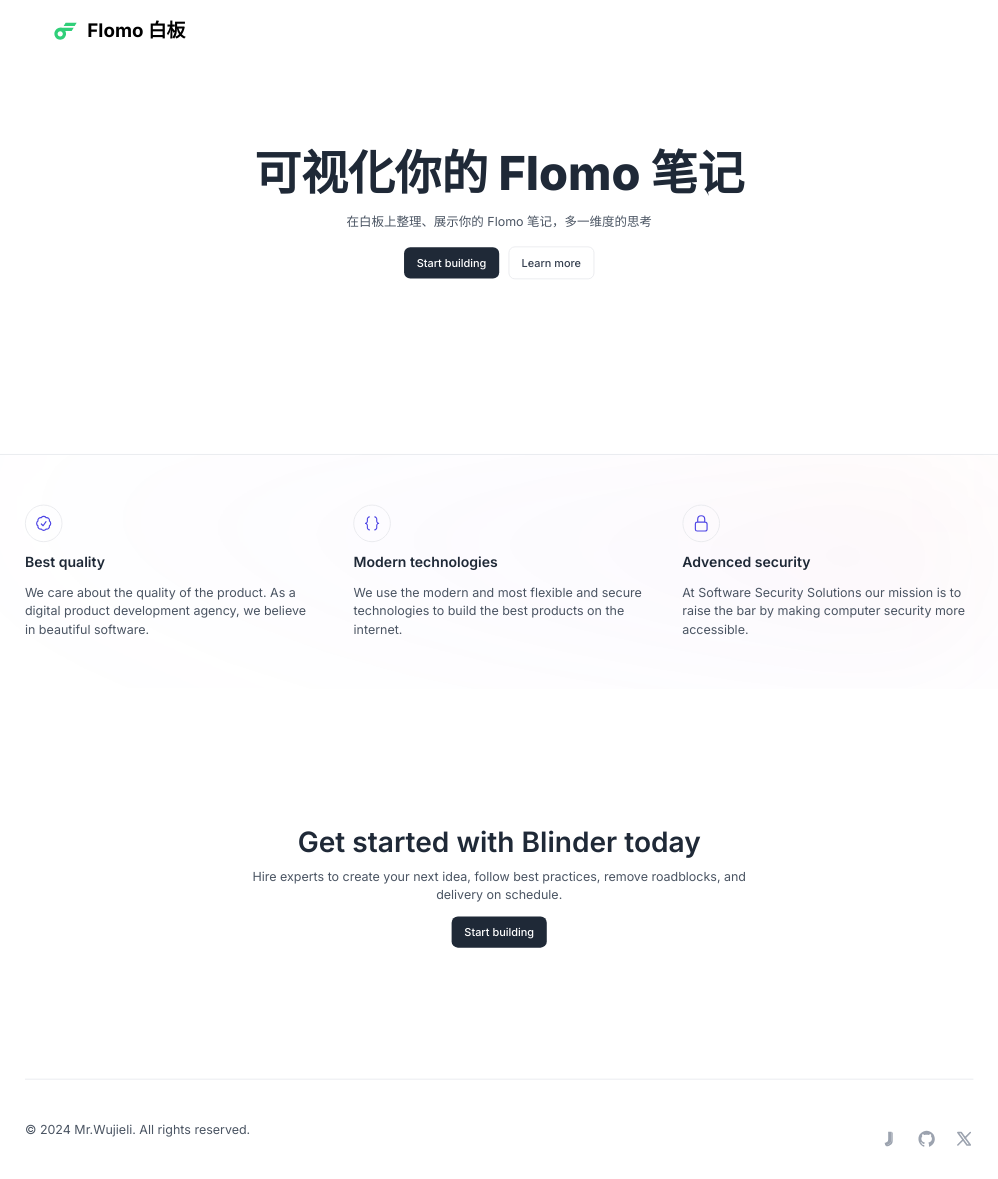
Repository: wujieli0207/flomo-board
Page: /
An editor plug-in stored every save of this project. The page is shown before and after the next save, followed by the edit.
The browser window is 1280 px wide. The pictures show the whole page, at 78% of full size.
The project was rebuilt for these pictures with package versions that can differ from the ones it lists, and the page was loaded fresh each time. The framework's server and built-in components were replaced by stand-ins that run in the browser. Also part of the build but not shown: next.config.mjs.

Above is the page before, as saved 2024-06-22 20:17:58.

### app/page.tsx
import GradientWrapper from '@/components/GradientWrapper'
import Features from '@/components/ui/Features'
import Footer from '@/components/ui/Footer'
import FooterCTA from '@/components/ui/FooterCTA'
import Hero from '@/components/ui/Hero'
import Navbar from '@/components/ui/Navbar'

export default function Home() {
  return (
    <>
      <Navbar />
      <main className="flex min-h-screen flex-col items-center justify-between">
        <Hero />
        <GradientWrapper>
          <Features />
        </GradientWrapper>
        <FooterCTA />
      </main>
      <Footer />
    </>
  )
}

### app/globals.css
@tailwind base;
@tailwind components;
@tailwind utilities;

.custom-screen {
  @apply max-w-screen-xl mx-auto px-4 md:px-8;
}

.gradient-border {
  border: 1px solid transparent;
  background: linear-gradient(white, white),
    linear-gradient(
      25deg,
      rgba(209, 213, 219, 1),
      rgba(209, 213, 219, 1),
      rgba(0, 0, 0, 0.63),
      rgba(209, 213, 219, 1),
      rgba(209, 213, 219, 1)
    );
  background-clip: padding-box, border-box;
  background-origin: padding-box, border-box;
}

### components/GradientWrapper.tsx
import { ReactNode } from 'react'

interface IProps {
  children: ReactNode
  className?: string
}

const GradientWrapper = ({ children, className = '' }: IProps) => (
  <div
    className={`relative overflow-hidden my-16 border-t sm:my-28 ${
      className ?? ''
    }`}
  >
    <div
      className="blur-[100px] absolute inset-0 w-full h-full"
      style={{
        background:
          'linear-gradient(202.72deg, rgba(237, 78, 80, 0.05) 14.76%, rgba(152, 103, 240, 0.04) 34.37%, rgba(152, 103, 240, 0) 86.62%)',
      }}
    ></div>
    <div className="relative">{children}</div>
  </div>
)

export default GradientWrapper

### components/ui/Features/index.tsx
import SectionWrapper from '../../SectionWrapper'

const Features = () => {
  const features = [
    {
      icon: (
        <svg
          xmlns="http://www.w3.org/2000/svg"
          fill="none"
          viewBox="0 0 24 24"
          strokeWidth={1.5}
          stroke="currentColor"
          className="w-6 h-6"
        >
          <path
            strokeLinecap="round"
            strokeLinejoin="round"
            d="M9 12.75L11.25 15 15 9.75M21 12c0 1.268-.63 2.39-1.593 3.068a3.745 3.745 0 01-1.043 3.296 3.745 3.745 0 01-3.296 1.043A3.745 3.745 0 0112 21c-1.268 0-2.39-.63-3.068-1.593a3.746 3.746 0 01-3.296-1.043 3.745 3.745 0 01-1.043-3.296A3.745 3.745 0 013 12c0-1.268.63-2.39 1.593-3.068a3.745 3.745 0 011.043-3.296 3.746 3.746 0 013.296-1.043A3.746 3.746 0 0112 3c1.268 0 2.39.63 3.068 1.593a3.746 3.746 0 013.296 1.043 3.746 3.746 0 011.043 3.296A3.745 3.745 0 0121 12z"
          />
        </svg>
      ),
      title: 'Best quality',
      desc: 'We care about the quality of the product. As a digital product development agency, we believe in beautiful software.',
    },
    {
      icon: (
        <svg
          className="w-6 h-6"
          viewBox="0 0 24 24"
          fill="none"
          xmlns="http://www.w3.org/2000/svg"
        >
          <path
            fill-rule="evenodd"
            clip-rule="evenodd"
            d="M9 4.476V3H8.865C8.3955 3 7.941 3.093 7.5015 3.2775C7.06407 3.46087 6.66854 3.73136 6.339 4.0725C6.01829 4.39483 5.76667 4.77915 5.5995 5.202V5.2035C5.45069 5.60502 5.35097 6.02305 5.3025 6.4485V6.4515C5.25984 6.8816 5.24781 7.31419 5.2665 7.746C5.2845 8.181 5.2935 8.616 5.2935 9.0495C5.2935 9.354 5.2335 9.639 5.118 9.9075V9.909C4.89786 10.433 4.48805 10.8546 3.9705 11.0895C3.70659 11.2048 3.42148 11.2635 3.1335 11.262H3V12.738H3.135C3.4275 12.738 3.705 12.798 3.969 12.9195L3.9705 12.921C4.2375 13.038 4.464 13.197 4.653 13.398L4.656 13.401C4.851 13.596 5.0055 13.8285 5.1165 14.0985L5.118 14.1015C5.235 14.3715 5.2935 14.6535 5.2935 14.9505C5.2935 15.3855 5.2845 15.8205 5.2665 16.254C5.2485 16.698 5.2605 17.1315 5.3025 17.559V17.5605C5.352 17.985 5.451 18.3975 5.598 18.7965V18.798C5.757 19.2075 6.0045 19.584 6.339 19.9275C6.6735 20.2725 7.062 20.538 7.5015 20.7225C7.941 20.907 8.3955 21 8.8665 21H9V19.524H8.865C8.565 19.524 8.2845 19.467 8.0205 19.3515C7.76585 19.2325 7.53389 19.0701 7.335 18.8715C7.14192 18.666 6.98519 18.4291 6.8715 18.171C6.7605 17.901 6.7065 17.616 6.7065 17.3115C6.7065 16.9695 6.711 16.632 6.723 16.3035C6.735 15.9615 6.735 15.6285 6.723 15.306C6.71771 14.9845 6.69015 14.6637 6.6405 14.346C6.59278 14.0326 6.50819 13.726 6.3885 13.4325C6.15504 12.8646 5.77322 12.3698 5.283 12C5.77377 11.6304 6.15612 11.1356 6.39 10.5675C6.51 10.2795 6.5925 9.978 6.642 9.6645C6.6915 9.3495 6.7185 9.03 6.7245 8.7045C6.7365 8.3745 6.7365 8.0415 6.7245 7.7055C6.7125 7.3695 6.7065 7.0305 6.7065 6.6885C6.7039 6.25858 6.82703 5.83727 7.06076 5.47643C7.29448 5.11558 7.6286 4.83093 8.022 4.6575C8.28687 4.53605 8.57512 4.4741 8.8665 4.476H9ZM15 19.524V21H15.135C15.6045 21 16.059 20.907 16.4985 20.7225C16.938 20.538 17.3265 20.2725 17.661 19.9275C17.9955 19.5825 18.243 19.2075 18.4005 18.798V18.7965C18.5505 18.3975 18.648 17.982 18.6975 17.5515V17.5485C18.7395 17.1285 18.7515 16.698 18.7335 16.254C18.7155 15.819 18.7065 15.384 18.7065 14.9505C18.7065 14.646 18.7665 14.361 18.882 14.0925V14.091C19.1019 13.5668 19.5118 13.1452 20.0295 12.9105C20.2935 12.7954 20.5785 12.7367 20.8665 12.738H21V11.262H20.865C20.571 11.262 20.2935 11.202 20.0295 11.0805L20.028 11.079C19.7705 10.968 19.5382 10.8057 19.3455 10.602L19.3425 10.599C19.1443 10.3993 18.9878 10.1622 18.882 9.9015V9.8985C18.7648 9.63083 18.7045 9.34171 18.705 9.0495C18.705 8.6145 18.714 8.1795 18.732 7.746C18.7507 7.3107 18.7387 6.87461 18.696 6.441V6.4395C18.6474 6.01715 18.5482 5.60217 18.4005 5.2035V5.202C18.2329 4.77902 17.9807 4.39469 17.6595 4.0725C17.3299 3.7314 16.9344 3.46091 16.497 3.2775C16.0653 3.09415 15.601 2.99977 15.132 3H15V4.476H15.135C15.435 4.476 15.7155 4.533 15.978 4.6485C16.239 4.7715 16.467 4.9305 16.6635 5.1285C16.854 5.3295 17.0085 5.5635 17.127 5.829C17.238 6.099 17.292 6.384 17.292 6.6885C17.292 7.0305 17.2875 7.3665 17.2755 7.6965C17.2635 8.0385 17.2635 8.3715 17.2755 8.694C17.2815 9.027 17.3085 9.3465 17.358 9.654C17.4075 9.975 17.4915 10.278 17.61 10.5675C17.8439 11.1356 18.2263 11.6303 18.717 12C18.2263 12.3697 17.8439 12.8644 17.61 13.4325C17.4912 13.7227 17.4066 14.0257 17.358 14.3355C17.3085 14.6505 17.2815 14.97 17.2755 15.2955C17.2634 15.6284 17.2634 15.9616 17.2755 16.2945C17.2875 16.6305 17.2935 16.9695 17.2935 17.3115C17.2959 17.7414 17.1727 18.1626 16.939 18.5234C16.7053 18.8842 16.3713 19.1689 15.978 19.3425C15.7131 19.4639 15.4249 19.5259 15.1335 19.524H15Z"
            fill="currentColor"
          />
        </svg>
      ),
      title: 'Modern technologies',
      desc: 'We use the modern and most flexible and secure technologies to build the best products on the internet.',
    },
    {
      icon: (
        <svg
          xmlns="http://www.w3.org/2000/svg"
          fill="none"
          viewBox="0 0 24 24"
          strokeWidth={1.5}
          stroke="currentColor"
          className="w-6 h-6"
        >
          <path
            strokeLinecap="round"
            strokeLinejoin="round"
            d="M16.5 10.5V6.75a4.5 4.5 0 10-9 0v3.75m-.75 11.25h10.5a2.25 2.25 0 002.25-2.25v-6.75a2.25 2.25 0 00-2.25-2.25H6.75a2.25 2.25 0 00-2.25 2.25v6.75a2.25 2.25 0 002.25 2.25z"
          />
        </svg>
      ),
      title: 'Advenced security',
      desc: 'At Software Security Solutions our mission is to raise the bar by making computer security more accessible.',
    },
  ]

  return (
    <SectionWrapper>
      <div id="features" className="custom-screen text-gray-600">
        <ul className="grid gap-x-12 gap-y-8 sm:grid-cols-2 lg:grid-cols-3">
          {features.map((item, idx) => (
            <li key={idx} className="space-y-3">
              <div className="w-12 h-12 border text-indigo-600 rounded-full flex items-center justify-center">
                {item.icon}
              </div>
              <h4 className="text-lg text-gray-800 font-semibold">
                {item.title}
              </h4>
              <p>{item.desc}</p>
            </li>
          ))}
        </ul>
      </div>
    </SectionWrapper>
  )
}

export default Features

### components/ui/Footer/index.tsx
import Link from 'next/link'

const socialInfo = [
  {
    icon: (
      <svg
        className="fill-current h-6"
        viewBox="0 0 1024 1024"
        version="1.1"
        xmlns="http://www.w3.org/2000/svg"
        p-id="11966"
      >
        <path
          d="M297.88660622 864.60698169a17.99472925 17.99472925 0 0 1-1.92238933 0.35535076l61.27179093 59.73970488c58.91832035-5.41181725 116.59000035-20.90744035 159.05150293-36.26325333 42.49645511-15.39076551 77.44316302-35.15642311 104.9100288-59.38435413a221.79130027 221.79130027 0 0 0 61.02129778-87.27647574c13.18293049-33.98551325 19.77148302-73.20225565 19.77148302-117.66187804V404.55008711c0-49.51608889 0.18058809-92.43779982 0.53593885-128.73600569 0.35535075-36.3331584 0.57089138-69.10698382 0.57089138-98.42633387l-68.53609245-54.67741297c0 29.24361955-0.18058809 62.01744498-0.53593884 98.31565084s-0.53593885 79.22574222-0.53593884 128.73600569v219.57763982c0 44.45379698-6.58855253 83.6763648-19.77148303 117.62692552a221.8786816 221.8786816 0 0 1-61.02129777 87.27647573c-27.43191325 24.2221056-62.40774827 44.02854115-104.9100288 59.38435413-41.93138915 15.16357405-91.9076864 25.49787307-149.89976463 30.97959538z"
          p-id="11967"
        ></path>
        <path
          d="M634.59018525 122.59965155c0 29.27857209-0.21554062 62.08735005-0.57089138 98.39138134a13396.43221333 13396.43221333 0 0 0-0.53593885 128.77678364v219.57763982c0 44.45379698-6.58855253 83.6763648-19.80643555 117.62692552a221.85537991 221.85537991 0 0 1-60.98634525 87.27647573c-27.46686578 24.2221056-62.44852622 44.02854115-104.9100288 59.38435413s-93.15432675 25.75419165-152.07264711 31.17183432l-33.05927111-142.02379378c26.85519645-2.98261618 53.48320142-7.79441493 79.68595058-14.38879289a165.97210453 165.97210453 0 0 0 59.62902187-28.46301298c18.05880889-14.06839467 31.70194773-31.77767822 40.96436906-53.1103744 9.19251627-21.3385216 13.78294898-49.51608889 13.78294898-84.5676544 0-28.21251982 0.1048576-57.92217315 0.28544569-89.19886507 0.18058809-31.24173938 0.25049315-63.51457849 0.25049315-96.74861226 0-57.85226809-0.25049315-103.83815111-0.786432-137.99842702-0.57089138-34.16027591-0.9961472-66.04281173-1.35149795-95.68256h179.42882987l0.0524288-0.0233017z"
          p-id="11968"
        ></path>
      </svg>
    ),
    href: 'https://web.okjike.com/u/737645D8-42B5-4B4F-9687-DCA50D85DE1A',
  },
  {
    icon: (
      <svg
        className="fill-current h-6 icon"
        viewBox="0 0 1024 1024"
        version="1.1"
        xmlns="http://www.w3.org/2000/svg"
        p-id="10708"
      >
        <path
          d="M511.6 76.3C264.3 76.2 64 276.4 64 523.5 64 718.9 189.3 885 363.8 946c23.5 5.9 19.9-10.8 19.9-22.2v-77.5c-135.7 15.9-141.2-73.9-150.3-88.9C215 726 171.5 718 184.5 703c30.9-15.9 62.4 4 98.9 57.9 26.4 39.1 77.9 32.5 104 26 5.7-23.5 17.9-44.5 34.7-60.8-140.6-25.2-199.2-111-199.2-213 0-49.5 16.3-95 48.3-131.7-20.4-60.5 1.9-112.3 4.9-120 58.1-5.2 118.5 41.6 123.2 45.3 33-8.9 70.7-13.6 112.9-13.6 42.4 0 80.2 4.9 113.5 13.9 11.3-8.6 67.3-48.8 121.3-43.9 2.9 7.7 24.7 58.3 5.5 118 32.4 36.8 48.9 82.7 48.9 132.3 0 102.2-59 188.1-200 212.9 23.5 23.2 38.1 55.4 38.1 91v112.5c0.8 9 0 17.9 15 17.9 177.1-59.7 304.6-227 304.6-424.1 0-247.2-200.4-447.3-447.5-447.3z"
          p-id="10709"
        ></path>
      </svg>
    ),
    href: 'https://github.com/wujieli0207',
  },
  {
    icon: (
      <svg
        xmlns="http://www.w3.org/2000/svg"
        width="24"
        height="24"
        viewBox="0 0 24 24"
        fill="none"
        stroke="currentColor"
        stroke-width="2"
        stroke-linecap="round"
        stroke-linejoin="round"
      >
        <path stroke="none" d="M0 0h24v24H0z" fill="none" />
        <path d="M4 4l11.733 16h4.267l-11.733 -16z" />
        <path d="M4 20l6.768 -6.768m2.46 -2.46l6.772 -6.772" />
      </svg>
    ),
    href: 'https://x.com/li_wujie',
  },
]

const Footer = () => (
  <footer>
    <div className="custom-screen pt-16">
      <div className="mt-10 py-10 border-t items-center justify-between sm:flex">
        <p className="text-gray-600">
          © 2024{' '}
          <Link
            href="https://wujieli.com"
            target="_blank"
            className="hover:text-gray-800 hover:underline duration-150"
          >
            Mr.Wujieli
          </Link>
          . All rights reserved.
        </p>
        <div className="flex items-center gap-x-6 text-gray-400 mt-6">
          {socialInfo.map((item, idx) => (
            <a
              key={idx}
              href={item.href}
              aria-label="social media"
              target="_blank"
              rel="noreferrer"
            >
              {item.icon}
            </a>
          ))}
        </div>
      </div>
    </div>
  </footer>
)

export default Footer

### components/ui/FooterCTA/index.tsx
import SectionWrapper from '../../SectionWrapper'
import NavLink from '../NavLink'

const FooterCTA = () => (
  <SectionWrapper>
    <div className="custom-screen">
      <div className="max-w-2xl mx-auto text-center">
        <h2 className="text-gray-800 text-3xl font-semibold sm:text-4xl">
          Get started with Blinder today
        </h2>
        <p className="mt-3 text-gray-600">
          Hire experts to create your next idea, follow best practices, remove
          roadblocks, and delivery on schedule.
        </p>
        <NavLink
          href="/get-started"
          className="mt-4 inline-block font-medium text-sm text-white bg-gray-800 hover:bg-gray-600 active:bg-gray-900"
        >
          Start building
        </NavLink>
      </div>
    </div>
  </SectionWrapper>
)

export default FooterCTA

### components/ui/Hero/index.tsx
import NavLink from '../NavLink'

const Hero = () => (
  <section>
    <div className="custom-screen py-28 text-gray-600">
      <div className="space-y-5 max-w-4xl mx-auto text-center">
        <h1 className="text-4xl text-gray-800 font-extrabold mx-auto sm:text-6xl">
          可视化你的 Flomo 笔记
        </h1>
        <p className="max-w-xl mx-auto">
          在白板上整理、展示你的 Flomo 笔记，多一维度的思考
        </p>
        <div className="flex items-center justify-center gap-x-3 font-medium text-sm">
          <NavLink
            href="/get-started"
            className="text-white bg-gray-800 hover:bg-gray-600 active:bg-gray-900 "
          >
            Start building
          </NavLink>
          <NavLink
            href="#cta"
            className="text-gray-700 border hover:bg-gray-50"
          >
            Learn more
          </NavLink>
        </div>
      </div>
    </div>
  </section>
)

export default Hero

### components/ui/Navbar/index.tsx
'use client'

import Link from 'next/link'
import { useEffect, useState } from 'react'
import Brand from '../Brand'
import NavLink from '../NavLink'

const Navbar = () => {
  const [state, setState] = useState(false)
  // const { events } = useRouter()

  // const navigation = [{ title: 'Features', path: '#features' }]

  useEffect(() => {
    // Close the navbar menu when navigate
    const handleState = () => {
      document.body.classList.remove('overflow-hidden')
      setState(false)
    }
    // events.on('routeChangeStart', () => handleState())
    // events.on('hashChangeStart', () => handleState())
  }, [])

  const handleNavMenu = () => {
    setState(!state)
    document.body.classList.toggle('overflow-hidden')
  }

  return (
    <nav
      className={`bg-white w-full px-8 md:static md:text-sm ${
        state ? 'fixed z-10 h-full' : ''
      }`}
    >
      <div className="custom-screen items-center mx-auto md:flex">
        <div className="flex items-center justify-between py-3 md:py-5 md:block">
          <Brand />
          <div className="md:hidden">
            <button
              role="button"
              aria-label="Open the menu"
              className="text-gray-500 hover:text-gray-800"
              onClick={handleNavMenu}
            >
              {state ? (
                <svg
                  xmlns="http://www.w3.org/2000/svg"
                  className="h-6 w-6"
                  viewBox="0 0 20 20"
                  fill="currentColor"
                >
                  <path
                    fillRule="evenodd"
                    d="M4.293 4.293a1 1 0 011.414 0L10 8.586l4.293-4.293a1 1 0 111.414 1.414L11.414 10l4.293 4.293a1 1 0 01-1.414 1.414L10 11.414l-4.293 4.293a1 1 0 01-1.414-1.414L8.586 10 4.293 5.707a1 1 0 010-1.414z"
                    clipRule="evenodd"
                  />
                </svg>
              ) : (
                <svg
                  xmlns="http://www.w3.org/2000/svg"
                  fill="none"
                  viewBox="0 0 24 24"
                  strokeWidth={1.5}
                  stroke="currentColor"
                  className="w-6 h-6"
                >
                  <path
                    strokeLinecap="round"
                    strokeLinejoin="round"
                    d="M3.75 6.75h16.5M3.75 12h16.5m-16.5 5.25h16.5"
                  />
                </svg>
              )}
            </button>
          </div>
        </div>
        {/* <div
          className={`flex-1 pb-3 mt-8 md:pb-0 md:mt-0 md:block ${
            state ? '' : 'hidden'
          }`}
        >
          <ul className="text-gray-700 justify-end items-center space-y-6 md:flex md:space-x-6 md:space-y-0 md:text-gray-600 md:font-medium">
            {navigation.map((item, idx) => {
              return (
                <li key={idx} className="duration-150 hover:text-gray-900">
                  <Link href={item.path} className="block">
                    {item.title}
                  </Link>
                </li>
              )
            })}
            <li>
              <NavLink
                href="/get-started"
                className="block font-medium text-sm text-white bg-gray-800 hover:bg-gray-600 active:bg-gray-900 md:inline"
              >
                开始
              </NavLink>
            </li>
          </ul>
        </div> */}
      </div>
    </nav>
  )
}

export default Navbar

### components/SectionWrapper.tsx
import { ReactNode } from 'react'

interface IProps {
  children: ReactNode
  id?: string
  className?: string
}

const SectionWrapper = ({ children, id, className }: IProps) => (
  <section id={id} className={`py-16 ${className ?? ''}`}>
    {children}
  </section>
)

export default SectionWrapper

### components/ui/NavLink/index.tsx
import Link from 'next/link'
import { ReactNode } from 'react'

interface IProps {
  children: ReactNode
  href: string
  className?: string
}

const NavLink = ({ children, href, className = '' }: IProps) => (
  <Link
    href={href}
    className={`py-2.5 px-4 text-center rounded-lg duration-150 ${className}`}
  >
    {children}
  </Link>
)

export default NavLink

### components/ui/Brand/index.tsx
import Image from 'next/image'
import Link from 'next/link'

const Brand = () => (
  <Link href="/" className="flex items-center">
    <Image src="/logo.svg" width={40} height={40} alt="logo" />
    <h1 className="ml-2 text-2xl font-bold">Flomo 白板</h1>
  </Link>
)
export default Brand

### tailwind.config.ts
import type { Config } from 'tailwindcss'

const config: Config = {
  content: [
    './pages/**/*.{js,ts,jsx,tsx,mdx}',
    './components/**/*.{js,ts,jsx,tsx,mdx}',
    './app/**/*.{js,ts,jsx,tsx,mdx}',
  ],
  theme: {
    extend: {
      backgroundImage: {
        'gradient-radial': 'radial-gradient(var(--tw-gradient-stops))',
        'gradient-conic':
          'conic-gradient(from 180deg at 50% 50%, var(--tw-gradient-stops))',
      },
    },
  },
  plugins: [
    require('@tailwindcss/forms')({
      strategy: 'class', // only generate classes
    }),
  ],
}
export default config

Loaded but not shown: app/layout.tsx (common file)

After the next save:
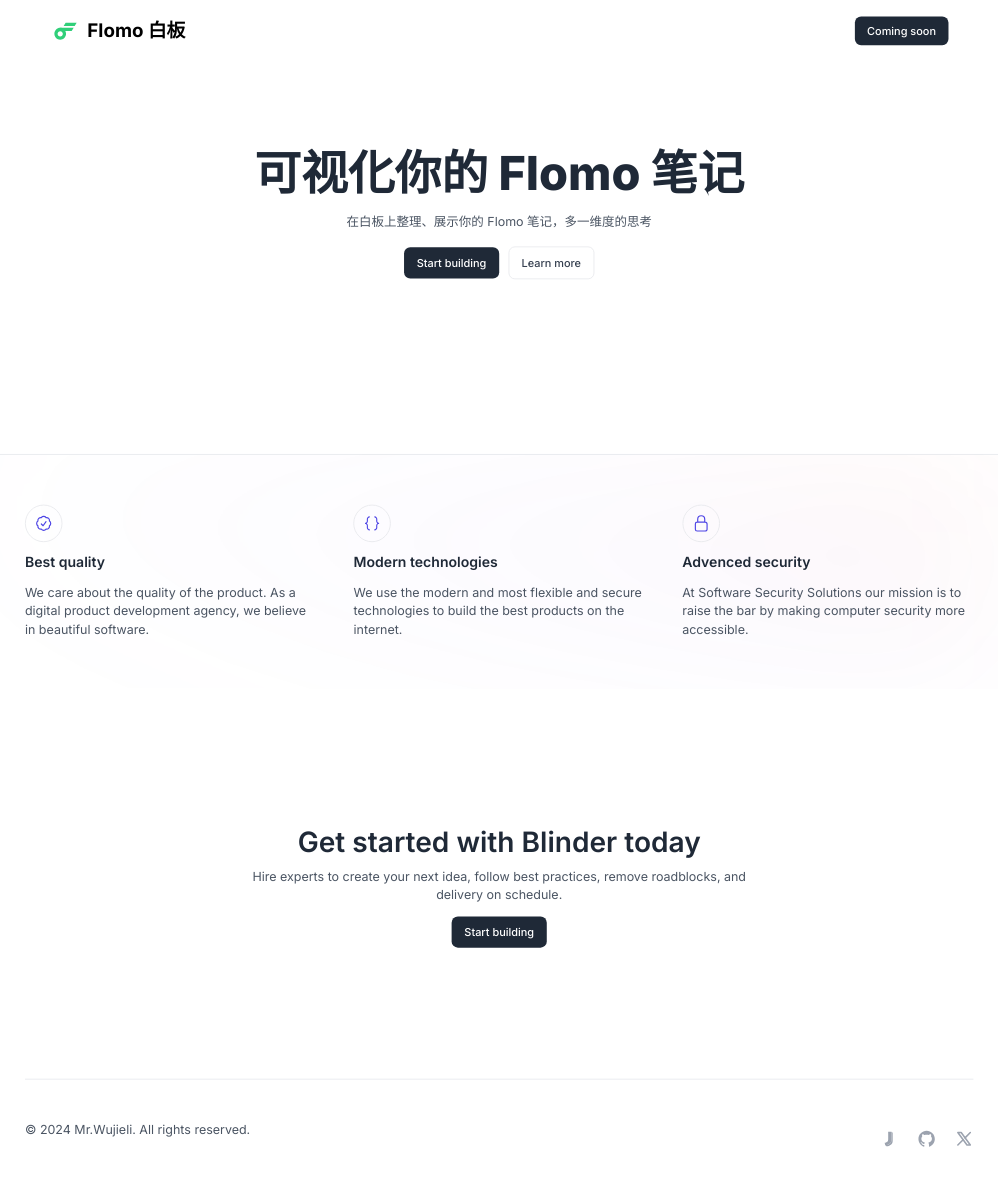
Saved 25 s later.
--- a/components/ui/Navbar/index.tsx
+++ b/components/ui/Navbar/index.tsx
@@ -74,13 +74,13 @@
             </button>
           </div>
         </div>
-        {/* <div
+        <div
           className={`flex-1 pb-3 mt-8 md:pb-0 md:mt-0 md:block ${
             state ? '' : 'hidden'
           }`}
         >
           <ul className="text-gray-700 justify-end items-center space-y-6 md:flex md:space-x-6 md:space-y-0 md:text-gray-600 md:font-medium">
-            {navigation.map((item, idx) => {
+            {/* {navigation.map((item, idx) => {
               return (
                 <li key={idx} className="duration-150 hover:text-gray-900">
                   <Link href={item.path} className="block">
@@ -88,17 +88,17 @@
                   </Link>
                 </li>
               )
-            })}
+            })} */}
             <li>
               <NavLink
                 href="/get-started"
                 className="block font-medium text-sm text-white bg-gray-800 hover:bg-gray-600 active:bg-gray-900 md:inline"
               >
-                开始
+                Coming soon
               </NavLink>
             </li>
           </ul>
-        </div> */}
+        </div>
       </div>
     </nav>
   )
